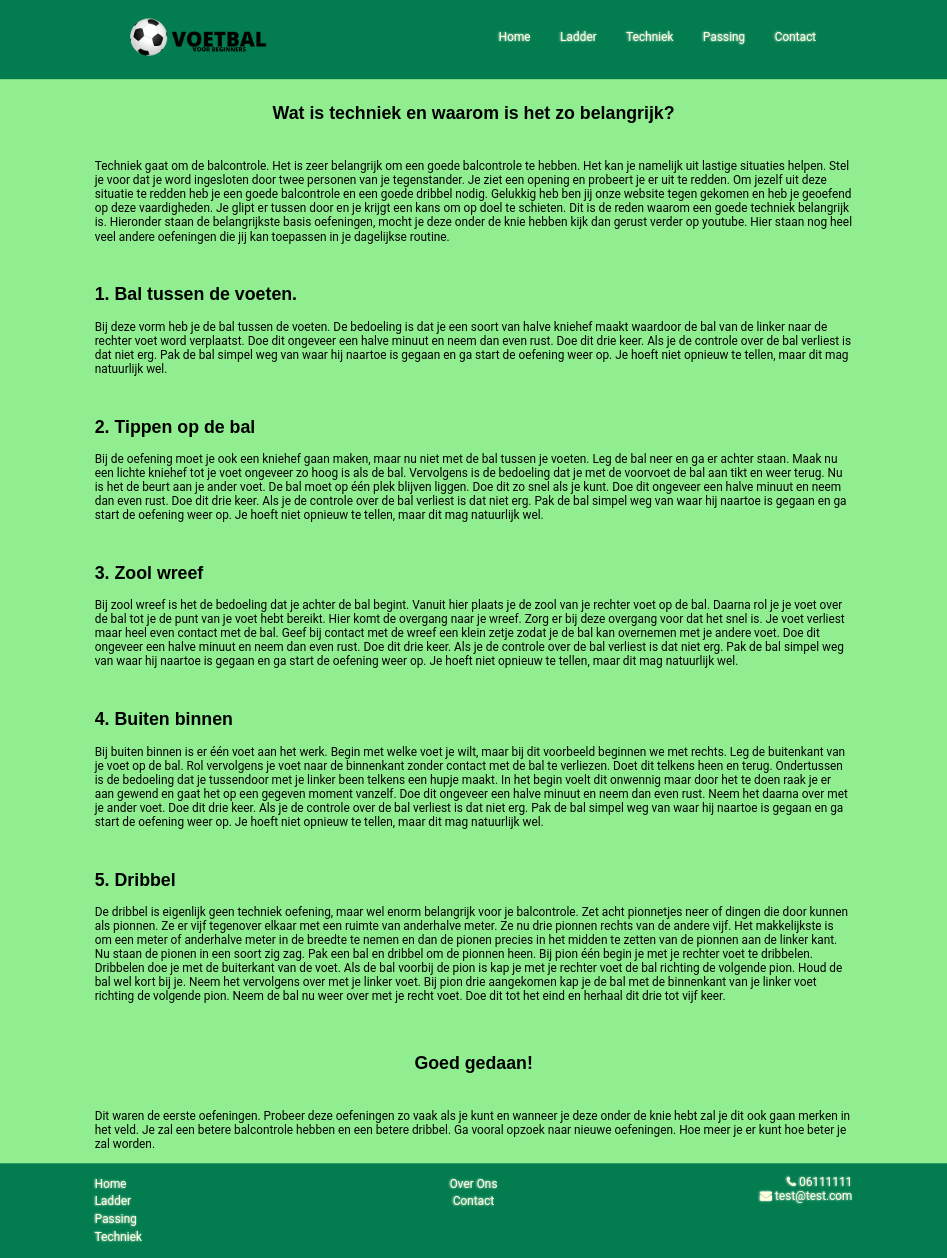
Repository: KelvinOxfoort/Start
Page: techniek.html
The author's editor kept a record of every edit. The page is drawn from the files as they stood at one moment, then again after the next edit.
The browser window is 1280 px wide. The pictures show the whole page, at 74% of full size.
Some web fonts or font styles are not loaded; a fallback is used.

Above is the page before.

After the next edit:
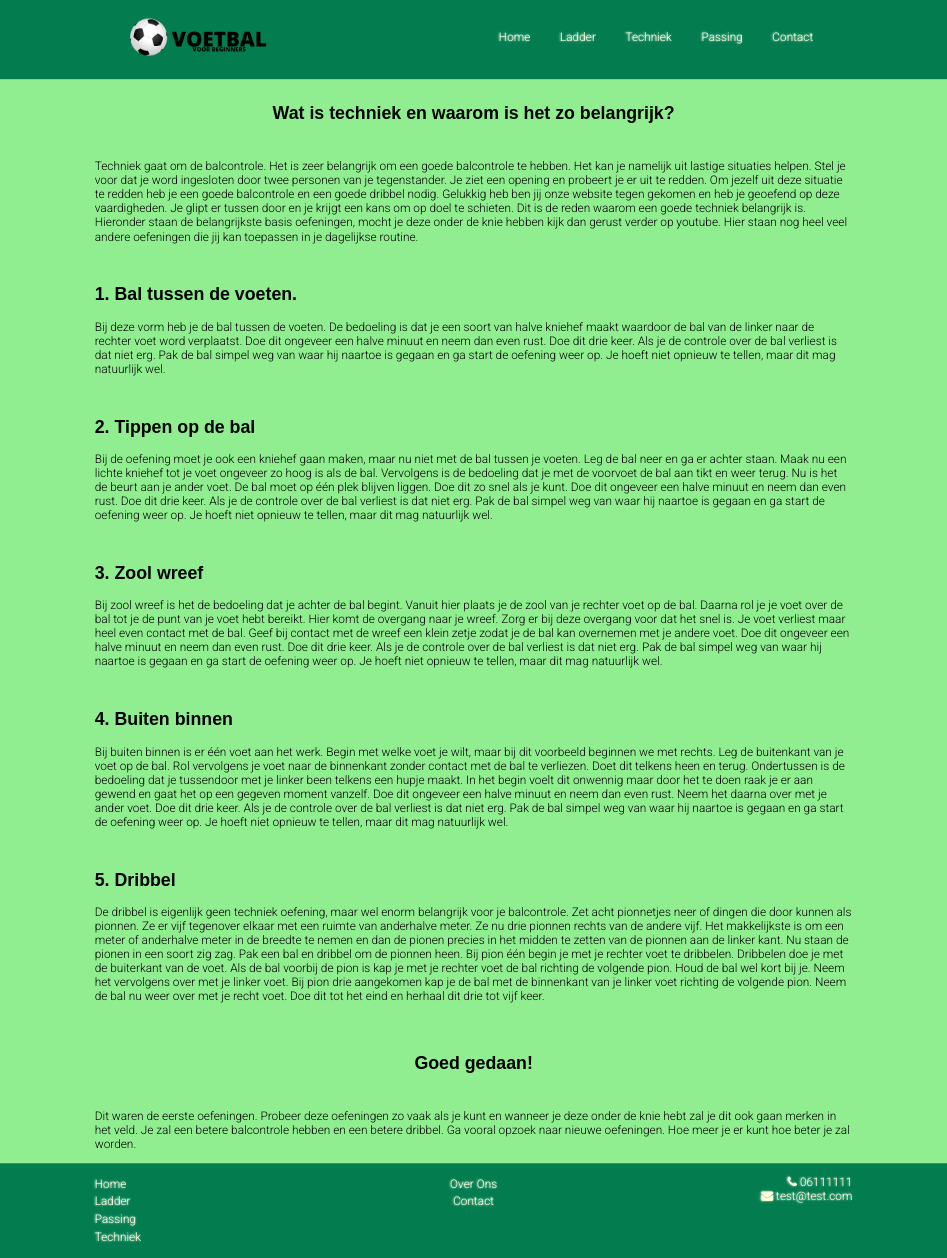
The edit:
--- a/techniek.html
+++ b/techniek.html
@@ -7,6 +7,7 @@
     <meta http-equiv="X-UA-Compatible" content="ie=edge">
     <link rel="stylesheet" href="style.css">
     <link rel="stylesheet" href="https://cdnjs.cloudflare.com/ajax/libs/font-awesome/4.7.0/css/font-awesome.min.css">
+    <link href="https://fonts.googleapis.com/css2?family=Cantora+One&family=Roboto:ital,wght@0,300;0,700;1,100&display=swap" rel="stylesheet">
     <title>Voetbal voor beginners</title>
 </head>
 
